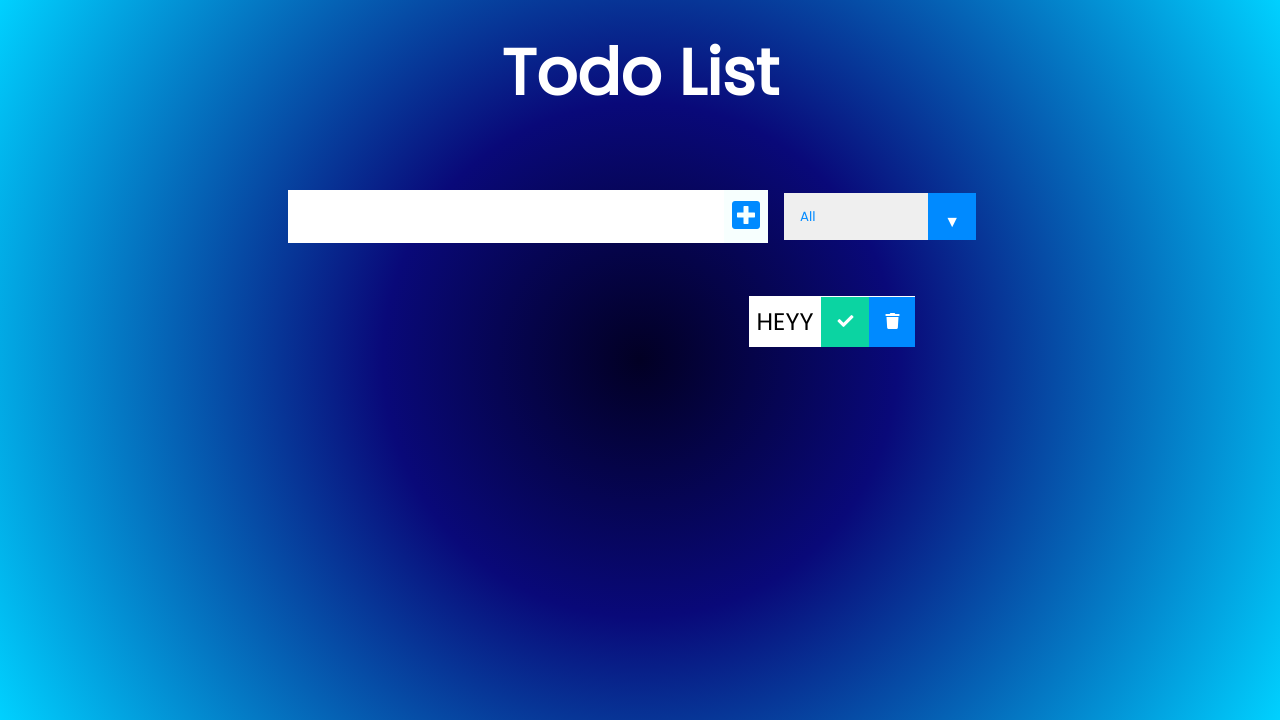
Repository: chellshelove/WADS_Assignment_TodoApp
Page: /
An editor plug-in stored every save of this project. The page is shown before and after the next save, followed by the edit.
The browser window is 1280 px wide. The pictures show the whole page.
Some web libraries are served in a nearby version. The project was rebuilt for these pictures with package versions that can differ from the ones it lists, and the page was loaded fresh each time.

Above is the page before, as saved 2023-03-09 20:59:47.

### src/App.js
import React, {useState} from 'react';
import './App.css';
//importing components
import Form from './components/Form';
import TodoList from './components/TodoList';

function App() {
  const [inputText, setInputText] = useState("");
  const [todos, setTodos] = useState([]);
  return (
    <div className="todo-app">
      <header>
        <h1>Todo List</h1>
      </header>
      <Form inputText={inputText} todos={todos} setTodos={setTodos} setInputTtext={setInputText}/>
      <TodoList />
    </div>
  );
}

export default App;

### src/App.css
* {
  margin: 0;
  padding: 0;
  box-sizing: border-box;
}
body {
  background-image: radial-gradient(circle, rgba(2,0,36,1) 0%, rgba(9,9,121,1) 35%, rgba(0,209,255,1) 100%);
  color: white;
  font-family: "Poppins", sans-serif;
  min-height: 100vh;
}
header {
  font-size: 2rem;
}

header,
form {
  min-height: 20vh;
  display: flex;
  justify-content: center;
  align-items: center;
}
form input,
form button {
  padding: 0.5rem;
  font-size: 2rem;
  border: none;
  background: white;
}
form button {
  color: #008aff;
  background: #f7fffe;
  cursor: pointer;
  transition: all 0.3s ease;
}
form button:hover {
  background: #00ddff;
  color: white;
}
.todo-container {
  display: flex;
  justify-content: center;
  align-items: center;
}

.todo-list {
  min-width: 30%;
  list-style: none;
}

.todo {
  margin: 0.5rem;
  background: white;
  font-size: 1.5rem;
  color: black;
  display: flex;
  justify-content: space-between;
  align-items: center;
  transition: all 1s ease;
}
.filter-todo {
  padding: 1rem;
}
.todo li {
  flex: 1;
}

.trash-btn,
.complete-btn {
  background: #008aff;
  color: white;
  border: none;
  padding: 1rem;
  cursor: pointer;
  font-size: 1rem;
}
.complete-btn {
  background: rgb(11, 212, 162);
}
.todo-item {
  padding: 0rem 0.5rem;
}

.fa-trash,
.fa-check {
  pointer-events: none;
}

.fall {
  transform: translateY(10rem) rotateZ(20deg);
  opacity: 0;
}

.completed {
  text-decoration: line-through;
  opacity: 0.5;
}

/*CUSTOM SELECTOR */
select {
  -webkit-appearance: none;
  -moz-appearance: none;
  -ms-appearance: none;
  appearance: none;
  outline: 0;
  box-shadow: none;
  border: 0 !important;
  background-image: none;
}

/* Custom Select */
.select {
  margin: 1rem;
  position: relative;
  overflow: hidden;
}
select {
  color: #008aff;
  font-family: "Poppins", sans-serif;
  cursor: pointer;
  width: 12rem;
}
/* Arrow */
.select::after {
  content: "\25BC";
  position: absolute;
  top: 0;
  right: 0;
  padding: 1rem;
  background: #008aff;
  cursor: pointer;
  pointer-events: none;
}
/* Transition */
/*
.select:hover::after {
  transform: scale(1.5);
}
*/

### src/components/Form.js
import React from 'react'

const Form = ({setInputText, todos, setTodos, inputText}) => {
    const inputTextHandler = (e) => {
        console.log(e.target.value);
        setInputText(e.target.value);
    };
    const submitTodoHandler = (e) => {
        e.preventDefault();
        setTodos = ([
            ...todos, {text: inputText, completed: false, id: Math.random() * 10000},
        ]);
        setInputText("");
    };
    return(
        <form>
      <input
      //value = {inputText}
      onChange={inputTextHandler} type="text" className="todo-input" />
      <button onClick={submitTodoHandler} className="todo-button" type="submit">
        <i className="fas fa-plus-square"></i>
      </button>
      <div className="select">
        <select name="todos" className="filter-todo">
          <option value="all">All</option>
          <option value="completed">Completed</option>
          <option value="uncompleted">Uncompleted</option>
        </select>
      </div>
    </form>
    );
}

export default Form;

### src/components/TodoList.js
import React from 'react';
import Todo from './Todo';

const TodoList = () => {
    return(
        <div className="todo-container">
      <ul className="todo-list"></ul>
      <Todo />
    </div>
    );
};

export default TodoList;

### src/components/Todo.js
import React from 'react'

const Todo = () => {
    return(
        <div className="todo">
            <li className="todo item">HEYY</li>
            <button className="complete-btn">
                <i className="fas fa-check"></i>
            </button>
            <button  className="trash-btn">
                <i className="fas fa-trash"></i>
            </button>
        </div>
    );
};

export default Todo;

Loaded but not shown: public/index.html (common file); src/index.js (common file)

After the next save:
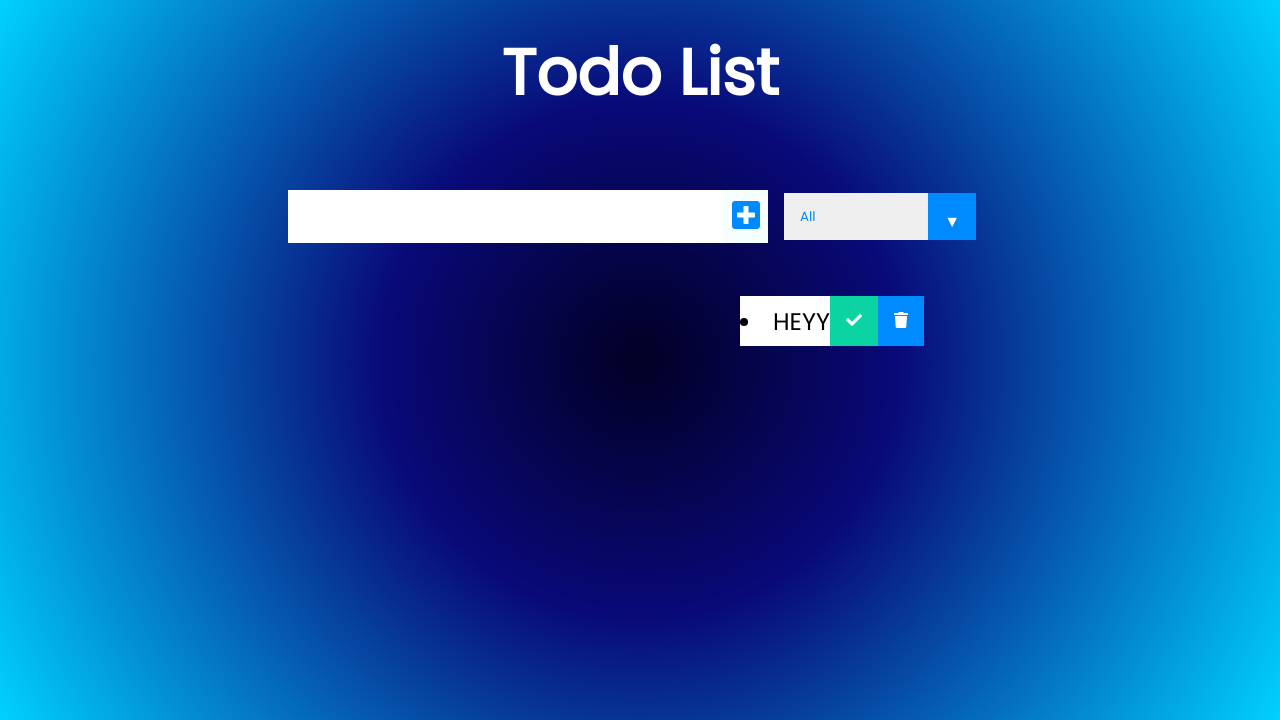
Saved 23 s later.
--- a/src/components/Todo.js
+++ b/src/components/Todo.js
@@ -3,7 +3,7 @@
 const Todo = () => {
     return(
         <div className="todo">
-            <li className="todo item">HEYY</li>
+            <li className="todoitem">HEYY</li>
             <button className="complete-btn">
                 <i className="fas fa-check"></i>
             </button>

After the save that followed:
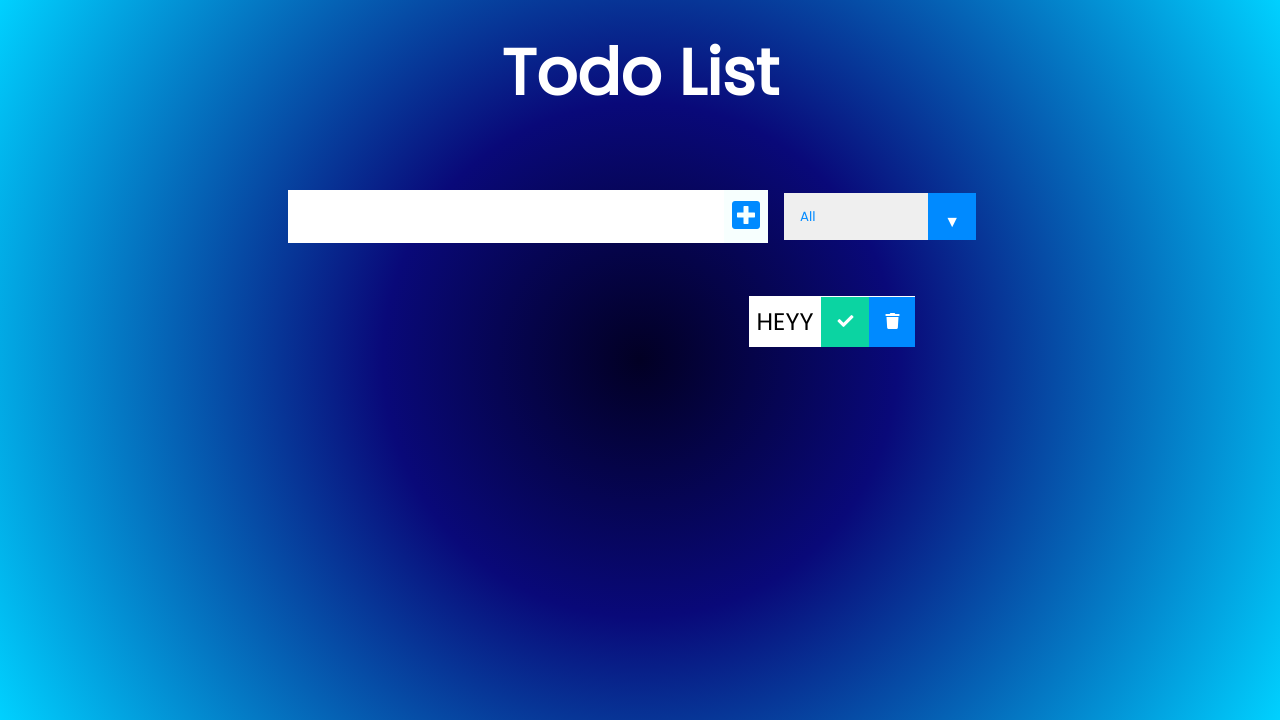
Saved 6 s later.
--- a/src/components/Todo.js
+++ b/src/components/Todo.js
@@ -3,7 +3,7 @@
 const Todo = () => {
     return(
         <div className="todo">
-            <li className="todoitem">HEYY</li>
+            <li className="todo item">HEYY</li>
             <button className="complete-btn">
                 <i className="fas fa-check"></i>
             </button>
